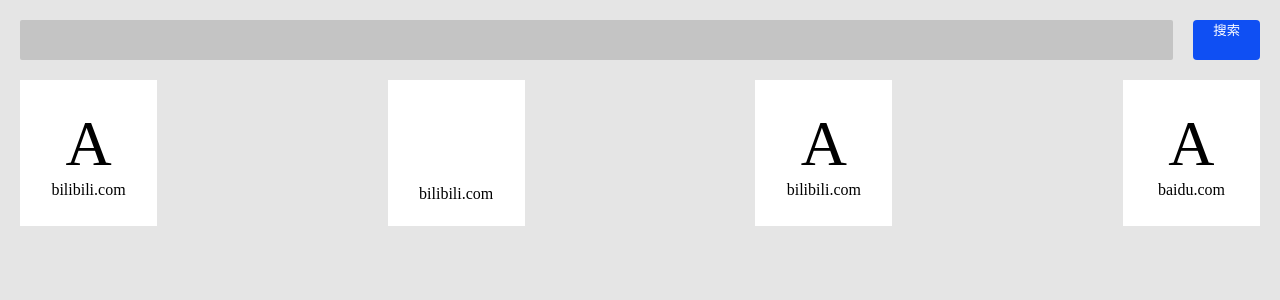
Repository: chenguocan/-
Page: src/index.html
These files come from the project's save history. The page is drawn as it stood at one moment and after the next save; the edit follows.
The browser window is 1280 px wide. The pictures show the whole page.

Above is the page before, as saved 2020-08-11 22:00:58.

After the next save:
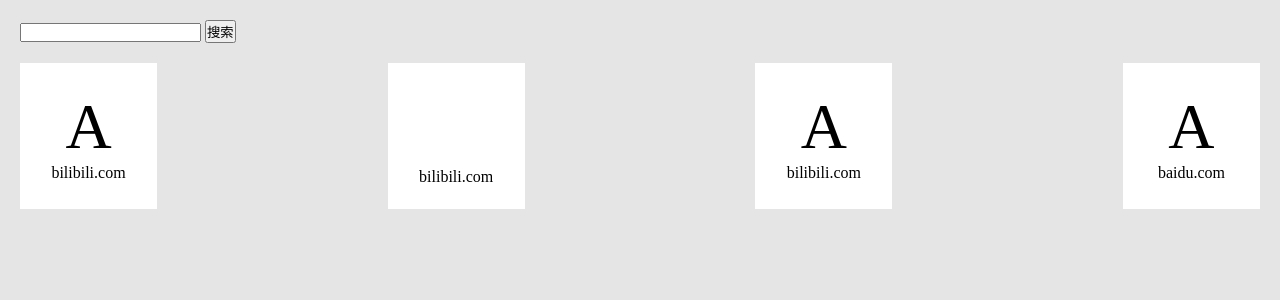
Saved 31 s later.
--- a/src/index.html
+++ b/src/index.html
@@ -21,8 +21,10 @@
 
 <body>
     <header class="globalHeader">
-        <input type="text" />
-        <button class="searchButton">搜索</button>
+        <form>
+            <input type="text" />
+            <button class="searchButton">搜索</button>
+        </form>
     </header>
     <main class="globalMain">
         <ul class="siteList">
